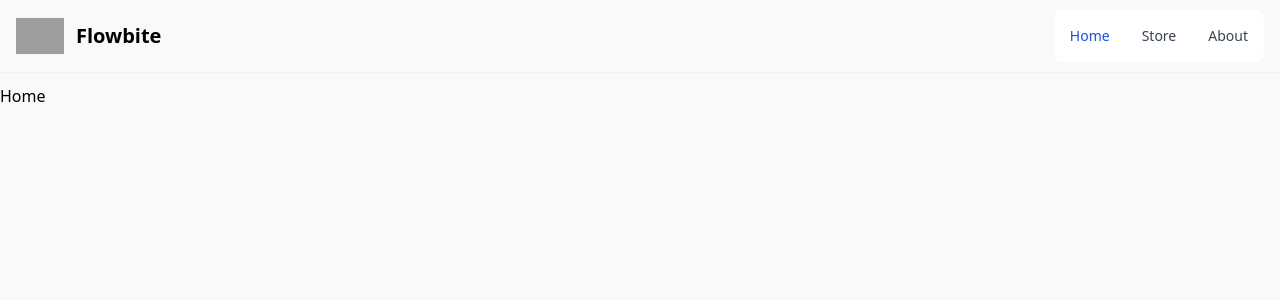
Repository: ducanhaep/react-ts-shopping-cart
Page: /
The author's editor kept a copy of each file at every save. The page is drawn from the files as they stood at one save, then again after the next save.
The browser window is 1280 px wide. The pictures show the whole page.
Pictures or frames that could not be fetched are drawn as grey boxes. The project was rebuilt for these pictures with package versions that can differ from the ones it lists, and the page was loaded fresh each time. Also part of the build but not shown: vite.config.ts, src/pages/About.js, src/components/StoreItem.tsx, src/pages/Store.tsx.

Above is the page before, as saved 2023-01-11 19:29:15.

After the next save:
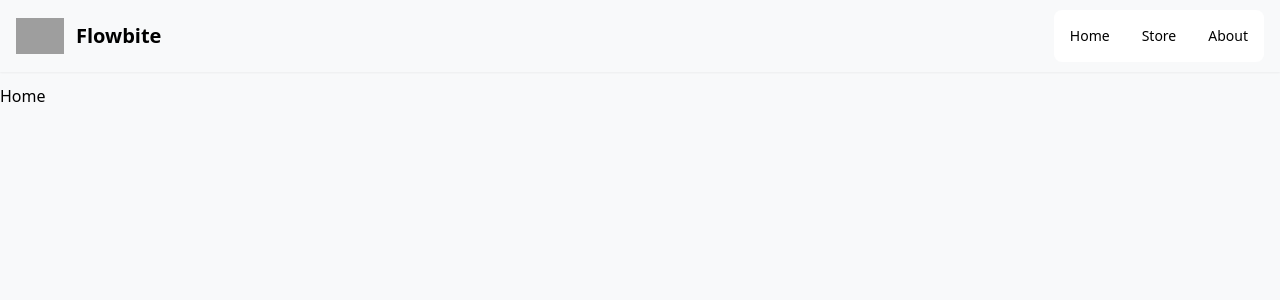
Saved 62 s later.
--- a/tailwind.config.cjs
+++ b/tailwind.config.cjs
@@ -5,11 +5,10 @@
     container: {
       center: true,
     },
-    extend: {
-      colors: {
-        "light-color": "red",
-      },
+    textColor: {
+      "light-color": "#243c5a",
     },
+    extend: {},
   },
   plugins: [],
 };

After the save that followed:
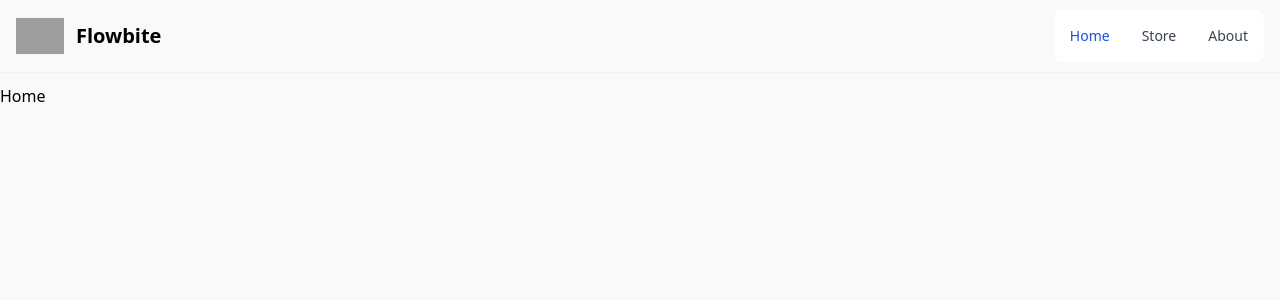
Saved 79 s later.
--- a/tailwind.config.cjs
+++ b/tailwind.config.cjs
@@ -5,10 +5,11 @@
     container: {
       center: true,
     },
-    textColor: {
-      "light-color": "#243c5a",
+    extend: {
+      colors: {
+        "regal-blue": "#243c5a",
+      },
     },
-    extend: {},
   },
   plugins: [],
 };
